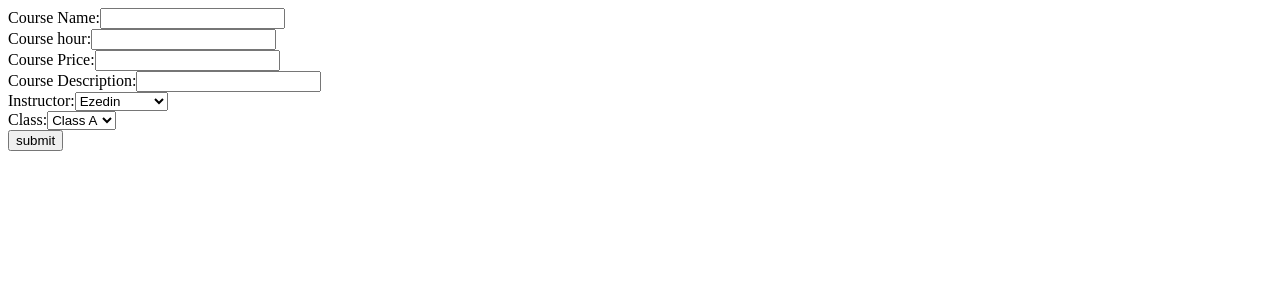
Repository: zshafi01/LearnerAcadamy
Page: http://localhost/LearnerAcadamy/Course.jsp
The author's editor kept a copy of each file at every save. The page is drawn from the files as they stood at one save, then again after the next save.
The browser window is 1280 px wide. The pictures show the whole page.
The page is served by Tomcat 9.

Above is the page before, as saved 2021-02-03 22:37:47.

After the next save:
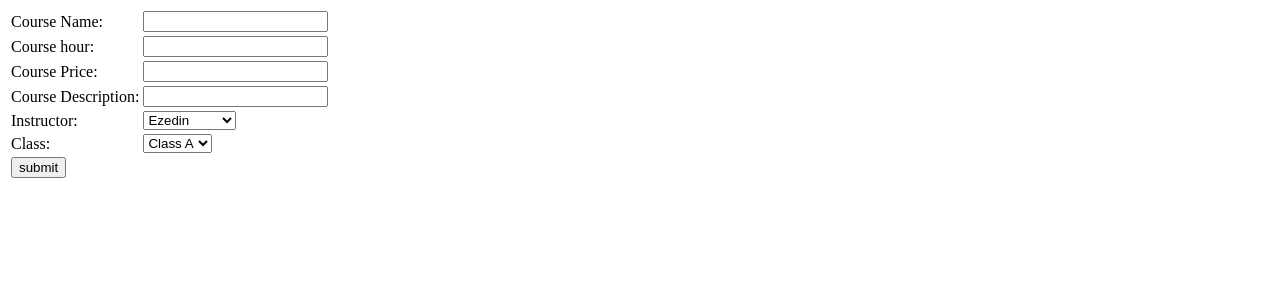
Saved 5 min 4 s later.
--- a/LearnerAcadamy/WebContent/Course.jsp
+++ b/LearnerAcadamy/WebContent/Course.jsp
@@ -8,22 +8,37 @@
 </head>
 <body>
 <form method="post" action="courseHandler">
-Course Name:<input type="text" name="c_name"><br/>
-Course hour:<input type="text" name="c_hour"><br/>
-Course Price:<input type="text" name="c_price"><br/>
-Course Description:<input type="text" name="c_desc"><br/>
-
-Instructor:<select name="instructor">
+<table>
+<tr>
+<td>Course Name:</td><td><input type="text" name="c_name"></td>
+</tr>
+<tr>
+<td>Course hour:</td><td><input type="text" name="c_hour"></td>
+</tr>
+<tr>
+<td>Course Price:</td><td><input type="text" name="c_price"></td>
+</tr>
+<tr>
+<td>Course Description:</td><td><input type="text" name="c_desc"></td>
+</tr>
+<tr>
+<td>Instructor:</td><td><select name="instructor">
     <option value="fname1">Ezedin</option>
     <option value="fname2">Mohammed</option>
 	 <option value="fname3">Nebila</option>
-</select><br/>
-Class:<select name="class">
+</select></td>
+</tr>
+<tr>
+<td>Class:</td><td><select name="class">
     <option value="classA">Class A</option>
     <option value="classB">Class B</option>
 	 <option value="classC">Class C</option>
-</select><br/>
-<input type="submit" value="submit">
+</select>
+</td></tr>
+<tr>
+<td><input type="submit" value="submit"></td>
+</tr>
+</table>
 </form>
 </body>
 </html>
